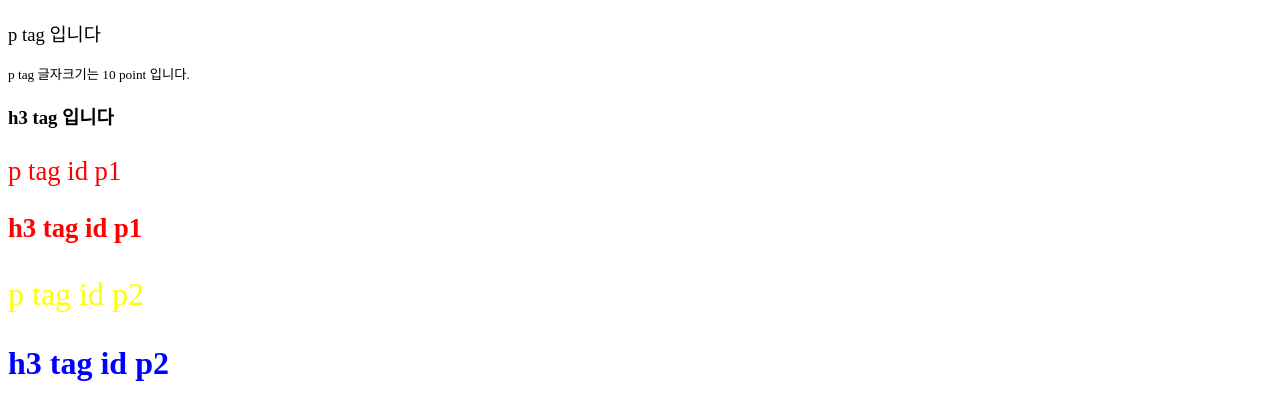
Repository: Seokho96/CSSPractice
Page: css/sample01/WebContent/index.html
The author's editor kept a copy of each file at every save. The page is drawn from the files as they stood at one save, then again after the next save.
The browser window is 1280 px wide. The pictures show the whole page.

Above is the page before, as saved 2020-07-13 01:06:19.

After the next save:
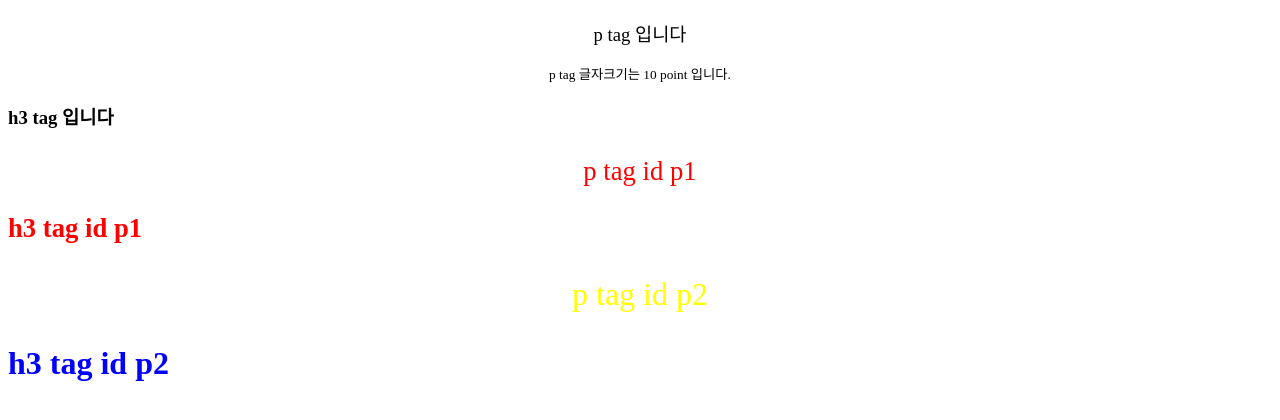
Saved 49 s later.
--- a/css/sample01/WebContent/index.html
+++ b/css/sample01/WebContent/index.html
@@ -36,6 +36,7 @@ p.p2{   /* p tag 안에 p2 클래스만 바꾸고 싶다 */
 
 </style>
 
+<link rel="stylesheet" type="text/css" href="./style.css">
 
 </head>
 <body>
